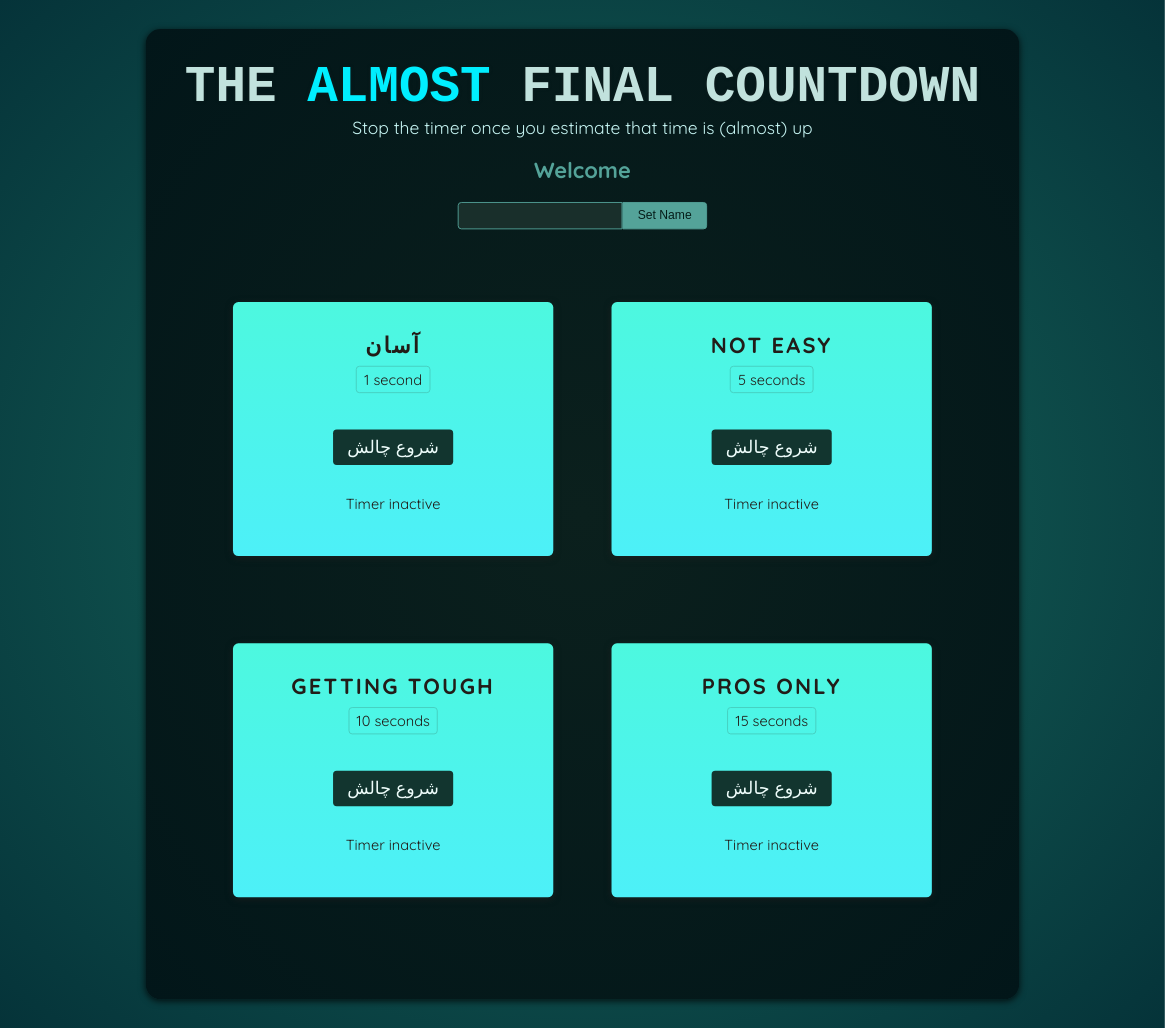
Repository: H-ala/react-near-end
Page: /
An editor plug-in stored every save of this project. The page is shown before and after the next save, followed by the edit.
The browser window is 1280 px wide. The pictures show the whole page, at 91% of full size.
Some web fonts or font styles are not loaded; a fallback is used. The project was rebuilt for these pictures with package versions that can differ from the ones it lists, and the page was loaded fresh each time. Also part of the build but not shown: vite.config.js.

Above is the page before, as saved 2025-10-21 19:04:14.

### src/App.jsx
import Player from './components/Player.jsx';
import TimerChallenge from './components/TimerChallenge.jsx';

function App() {
  return (
    <>
      <Player />
      <div id="challenges">
        <TimerChallenge title="آسان" targetTime={1} />
        <TimerChallenge title="Not easy" targetTime={5} />
        <TimerChallenge title="Getting tough" targetTime={10} />
        <TimerChallenge title="Pros Only" targetTime={15} />
      </div>
    </>
  );
}

export default App;

### src/components/Player.jsx
import { useState, useRef } from "react";

export default function Player() {
  const playerName = useRef();
  const [enteredPlayerName, setEnteredPlayerName] = useState("");

  function handleClick() {
    setEnteredPlayerName(playerName.current.value);
    playerName.current.value = "";
  }

  return (
    <section id="player">
      <h2>Welcome {enteredPlayerName ?? "unknown entity"}</h2>
      <p>
        <input
          ref={playerName}
          type="text"
        />
        <button onClick={handleClick}>Set Name</button>
      </p>
    </section>
  );
}

### src/components/TimerChallenge.jsx
import { useState, useRef } from "react";
import ResultModal from "./ResultModal";

export default function TimerChallenge({ title, targetTime }) {
  const timer = useRef();
  const dialog = useRef();

  const [timeRemaining, setTimeRemaining] = useState(targetTime * 1000);
  const timerIsActive = timeRemaining > 0 && timeRemaining < targetTime * 1000;

  if (timeRemaining <= 0) {
    clearInterval(timer.current);
    dialog.current.open();
  }

  function handleStart() {
    timer.current = setInterval(() => {
      setTimeRemaining((prevTimeRemaining) => prevTimeRemaining - 10);
    }, 10);
  }

  function handleReset() {
    setTimeRemaining(targetTime * 1000);
  }

  function handleStop() {
    clearInterval(timer.current);
    dialog.current.open();
  }

  return (
    <>
      <ResultModal
        ref={dialog}
        targetTime={targetTime}
        remainingTime={timeRemaining}
        onReset={handleReset}
      />
      <section className="challenge">
        <h2>{title}</h2>
        <p className="challenge-time">
          {targetTime} second{targetTime > 1 ? "s" : ""}
        </p>
        <p>
          <button onClick={timerIsActive ? handleStop : handleStart}>
            {timerIsActive ? "توقف" : "شروع"} چالش
          </button>
        </p>
        <p className={timerIsActive ? "active" : undefined}>
          {timerIsActive ? "Time is running..." : "Timer inactive"}
        </p>
      </section>
    </>
  );
}

### src/components/ResultModal.jsx
import { useImperativeHandle, useRef } from "react";
import { createPortal } from "react-dom";

export default function ResultModal({ ref, targetTime, remainingTime, onReset }) {
  const dialog = useRef();

  const userLost = remainingTime <= 0;
  const formattedRemainingTime = (remainingTime / 1000).toFixed(2);
  const score = Math.round((1 - (remainingTime / (targetTime * 1000))) * 100);

  useImperativeHandle(ref, () => {
    return {
      open() {
        dialog.current.showModal();
      },
    };
  });

  return createPortal(
    <dialog ref={dialog} className="result-modal" onClose={onReset}>
      {userLost && <h2>You Lost!</h2>}
      {!userLost && <h2>Your Score: {score}</h2>}
      <p>
        The targer time was <strong>{targetTime} seconds. </strong>
      </p>
      <p>
        You stopped the time with{" "}
        <strong>{formattedRemainingTime} seconds left.</strong>
      </p>
      <form action="dialog" onSubmit={onReset}>
        <button>Close</button>
      </form>
    </dialog>,
    document.getElementById("modal")
  );
}

Loaded but not shown: index.html (common file); src/main.jsx (common file); src/index.css (common file)

After the next save:
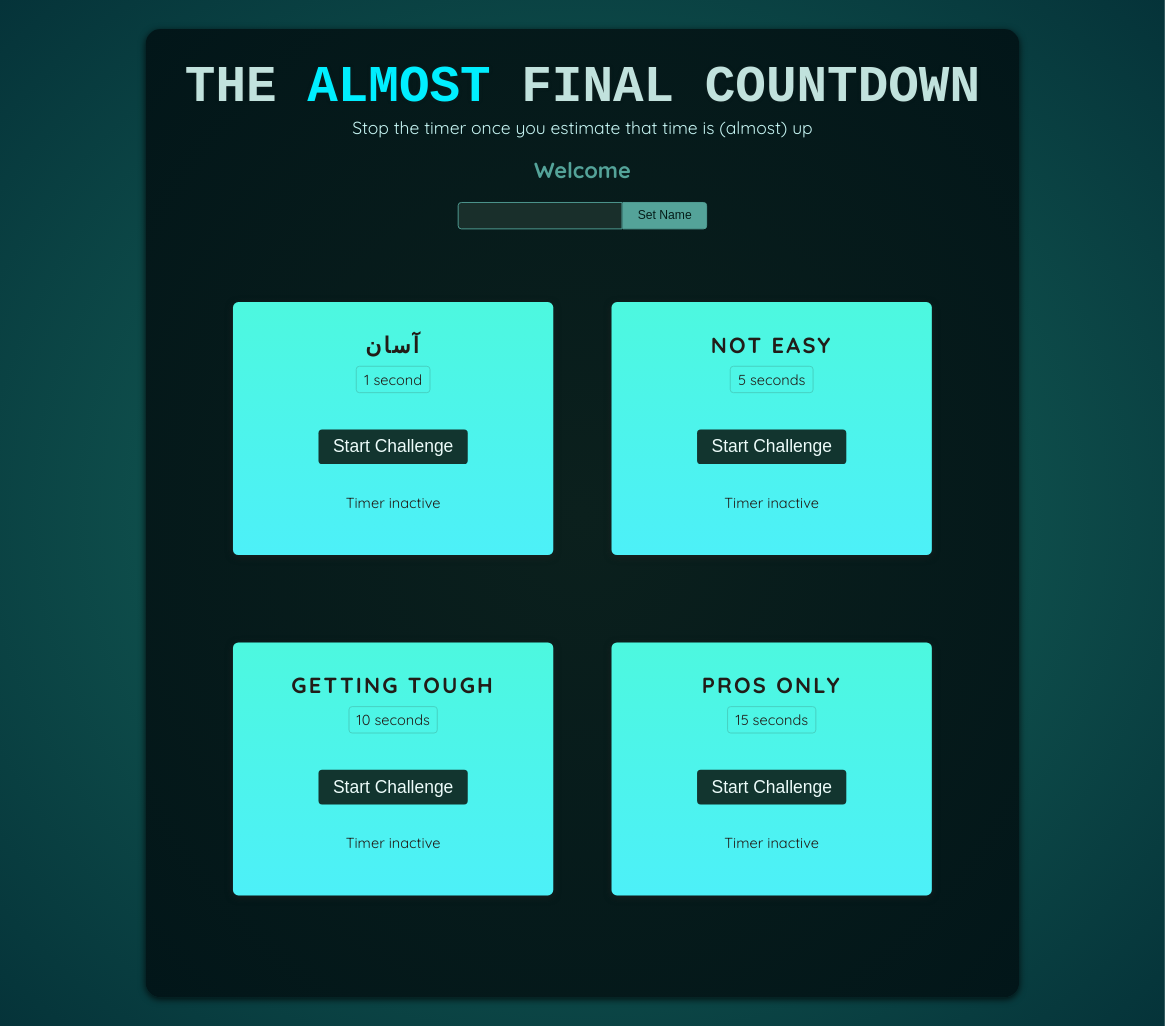
Saved 21 s later.
--- a/src/components/TimerChallenge.jsx
+++ b/src/components/TimerChallenge.jsx
@@ -43,7 +43,7 @@
         </p>
         <p>
           <button onClick={timerIsActive ? handleStop : handleStart}>
-            {timerIsActive ? "توقف" : "شروع"} چالش
+            {timerIsActive ? "Stop" : "Start"} Challenge
           </button>
         </p>
         <p className={timerIsActive ? "active" : undefined}>

After the save that followed:
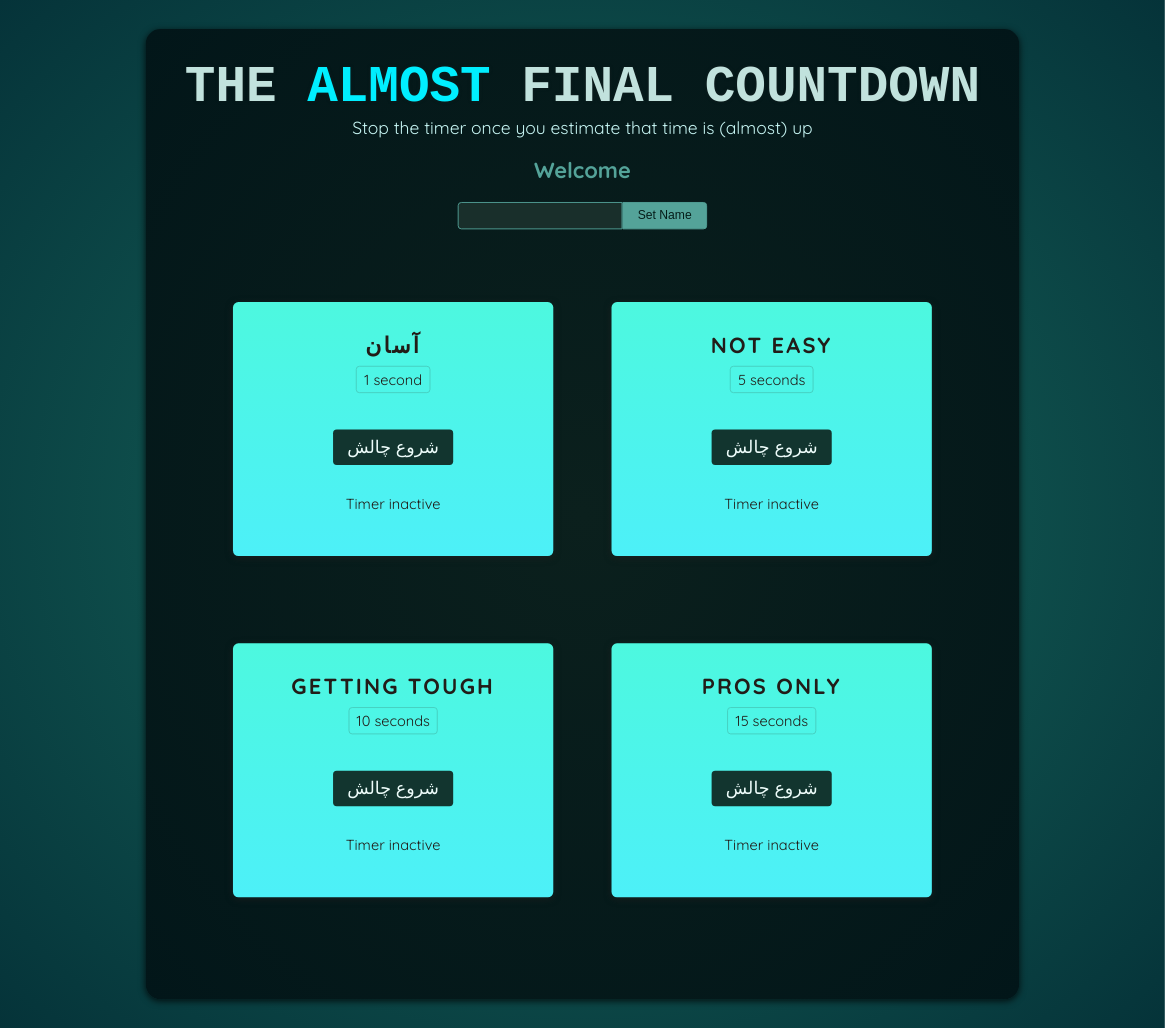
Saved 5 s later.
--- a/src/components/TimerChallenge.jsx
+++ b/src/components/TimerChallenge.jsx
@@ -43,7 +43,7 @@
         </p>
         <p>
           <button onClick={timerIsActive ? handleStop : handleStart}>
-            {timerIsActive ? "Stop" : "Start"} Challenge
+            {timerIsActive ? "توقف" : "شروع"} چالش
           </button>
         </p>
         <p className={timerIsActive ? "active" : undefined}>
